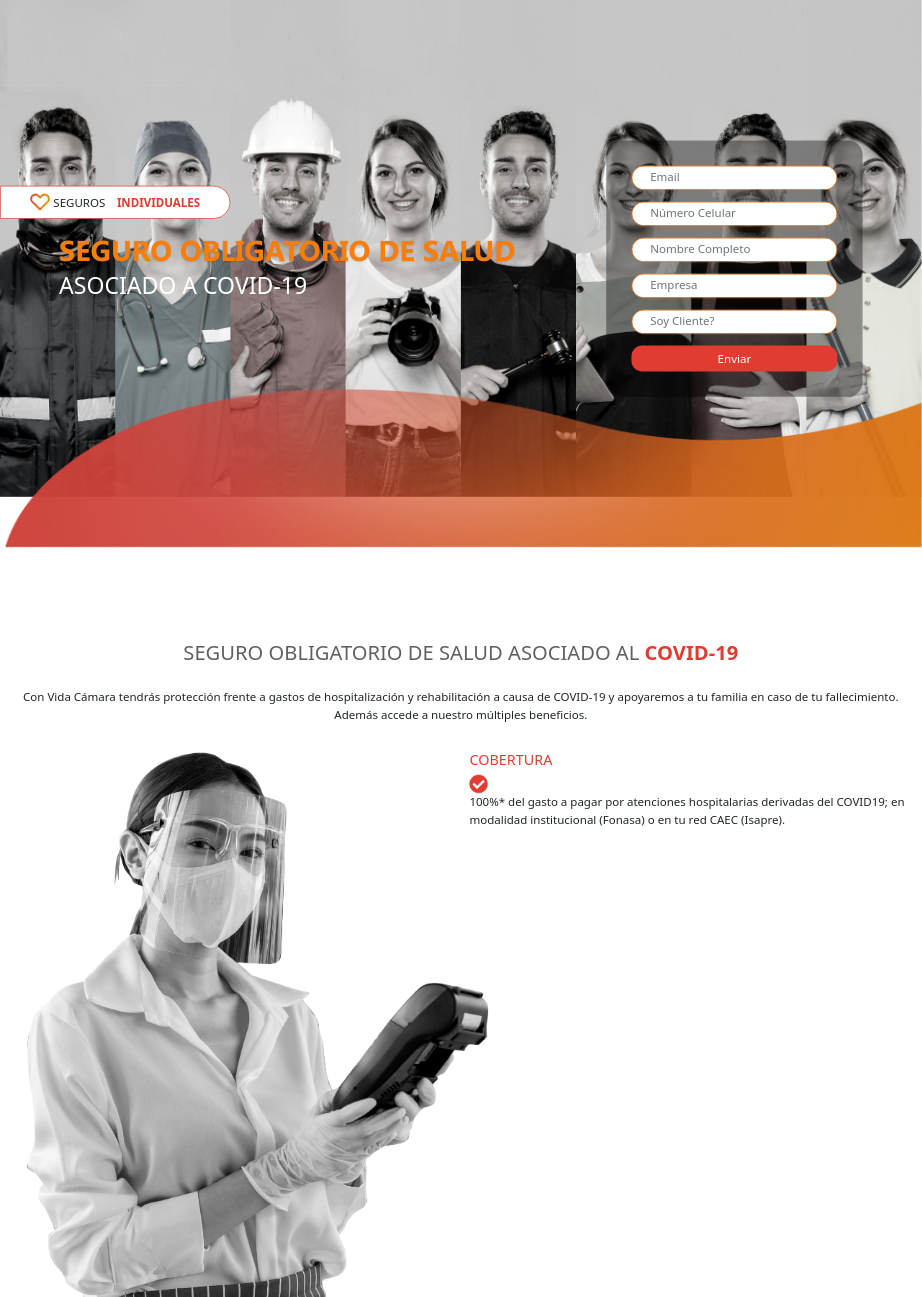
Repository: Darigo30/vidacamara
Page: index.html
The author's editor kept a copy of each file at every save. The page is drawn from the files as they stood at one save, then again after the next save.
The browser window is 1280 px wide. The pictures show the whole page, at 72% of full size.
Some web fonts or font styles are not loaded; a fallback is used. Some web libraries are served in a nearby version.

Above is the page before, as saved 2021-07-28 22:52:55.
Not found: assets/js/custom.js

After the next save:
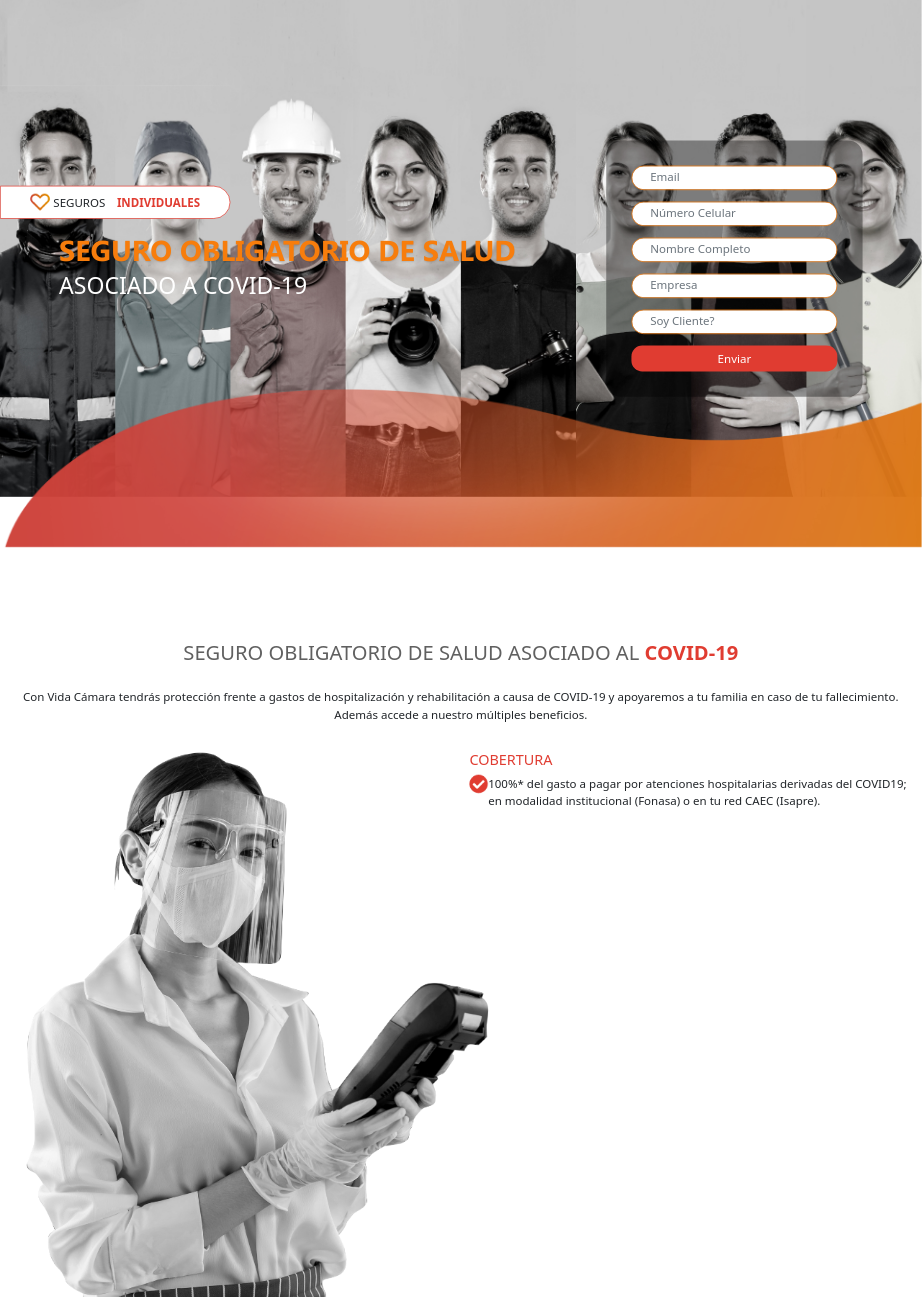
Saved 4 s later.
--- a/css/style.css
+++ b/css/style.css
@@ -122,6 +122,10 @@
 .seguro{
     margin-top: 200px;
 }
+.icon-txt-cober {
+    display: flex;
+    align-items: start;
+}
 .mascara{
     position: absolute;
     bottom: -30px;
